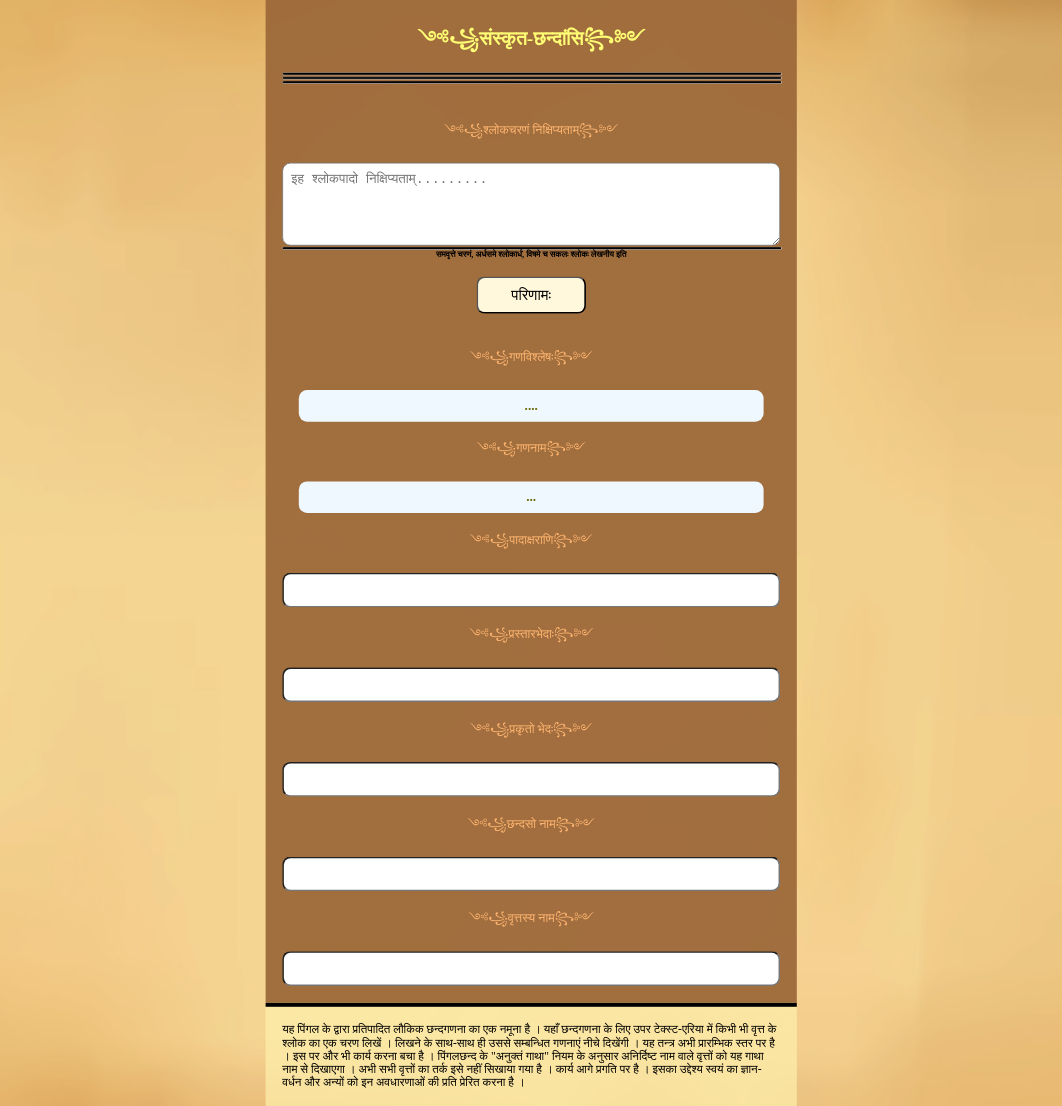
Repository: arshavak/pingala_chhand_shastram
Page: index.html
These files come from the project's save history. The page is drawn as it stood at one moment and after the next save; the edit follows.
The browser window is 1280 px wide. The pictures show the whole page, at 83% of full size.

Above is the page before, as saved 2024-10-20 17:06:23.

### index.html

<head>
<title>संस्कृत-छन्दांसि</title>
<meta name="viewport" content="width=device-width, initial-scale=1.0">

<link rel="stylesheet"  href="style.css">

</head>
<body>
<div class="contaner" id="contaner">

<h3>༺꧁संस्कृत-छन्दांसि꧂༻
</h3>
<hr><hr><hr><br>
<label for="h3">༺꧁श्लोकचरणं निक्षिप्यताम्꧂༻</label>

<textarea placeholder="इह श्लोकपादो निक्षिप्यताम्.........
" id="inp" onkeyup="lagabodhakam();"></textarea>
<hr>
<b id="note">समवृत्ते चरणं, अर्धसमे श्लोकार्धं, विषमे च सकलः श्लोकः लेखनीय इति</b>
<button id="btn" onclick="lagabodhakam()">परिणामः</button>
<label>༺꧁गणविश्लेषः꧂༻</label>
<h4 id="SI_vichched">....</h4>
<h4 id="falani"></h4>
<label>༺꧁गणनाम꧂༻</label>
<h4 id="fl">...</h4>
<label>༺꧁पादाक्षराणि꧂༻</label>
<input id="padaksharani" type="number"  readonly="" title="number"/>
<label>༺꧁प्रस्तारभेदाः꧂༻</label>
<input id="prastarabhedah" type="number" readonly="" title="number"/>
<label>༺꧁प्रकृतो भेदः꧂༻</label>
<input id="prakritobhedah" type="number" readonly="" title="number"/>
<label>༺꧁छन्दसो नाम꧂༻</label>
<input id="chhandasonama" type="text" readonly="" title="number"/>

<label>༺꧁वृत्तस्य नाम꧂༻</label>
<input id="vname" type="text" readonly="" title="number"/>
<span id="ktmtest"></span>

</div>

<div class="vivaran">

 <p>
     यह पिंगल के द्वारा प्रतिपादित लौकिक छन्दगणना का एक नमूना है ।
     यहाँ छन्दगणना के लिए उपर टेक्स्ट-एरिया में किभी भी वृत्त के  श्लोक का एक चरण लिखें । लिखने के साथ-साथ ही उससे सम्बन्धित गणनाएं नीचे  दिखेंगी । यह तन्त्र अभी प्रारम्भिक स्तर पर है । इस पर और भी कार्य करना बचा है । पिंगलछन्द के "अनुक्तं गाथा" नियम के अनुसार अनिर्दिष्ट नाम वाले वृत्तों  को यह गाथा नाम से दिखाएगा । अभी सभी वृत्तों का तर्क इसे नहीं सिखाया गया है । कार्य आगे प्रगति पर है । इसका उद्देश्य स्वयं का ज्ञान-वर्धन और अन्यों को इन अवधारणाओं की प्रति प्रेरित करना है ।

 </p>

</div>
<script src="Javascript files/main-script.js"></script>
<script src="Javascript files/vritt-script.js"></script>
<script src="Javascript files/gan-script.js"></script>
</body>

### style.css


*{
  padding: 0;
  margin: 0;

}

body {
  background-image: url("fotos/bgchh.png");
  background-position: center;
  background-repeat: no-repeat;

  background-size: cover;
  font-size: 20px;
}
label {
  margin-top: 15px;
  margin-bottom: 15px;
  display: block;
  font-size: 15px;
  color:#ffb670;
}

#note{
  font-size: 10px;
  margin-top: 0px;
  display: block;
}

textarea {
  min-width: 100%;
  resize: vertical;
  min-height: 100px;
  padding: 10px;
  border-radius: 10px;
  font-size: 16px;
}

input{
  outline: none;
  width: 100%;
  padding: 10px;
  border-radius: 10px;
  font-size: 16px;
}

#btn{
  margin: 20px;
  background-color: cornsilk;
  display: inline-block;
  padding: 10px 40px;
  border-radius: 10px;
  font-weight: 400px;
  font-size: 18px;
  cursor: pointer;
  transition: background-color 0.3s ease;
}

#btn :hover{
  background-color: #f9b93f;
}
#btn :active{
   transform: calc(.2);
}
.contaner{
  padding: 20px;
  position: relative;
  text-align: center;
  background-color: #9d693af0;
  max-width: 600px;
  margin: auto;

}
.vivaran{
  background-color: rgba(255, 241, 174, 0.686);
/* color: rgb(2, 98, 98); */
padding: 20px;
font-size: 14px;
max-width: 600px;
  margin: auto;
  border-top:5px solid #000000;
}

#falani{
  display:none
}
#ktmtest{
  font-size:0px;
}

h3{
  color:#fffd73;
}

h4 {
  color:#696700;
  margin: auto;
  word-wrap:break-word;
  font-weight:900;
  overflow-x:hidden;
  background-color: aliceblue;
  outline: none;
  width: 90%;
  padding: 10px;
  border-radius: 10px;
  font-size: 16px;
}

hr{
  background-color: #000000;
  height: 2px;
  width: 100%;
  border-radius: 20px;
  margin-top: 1px;
}

### Javascript files/gan-script.js
function gan(){
document.getElementById("fl").innerHTML="";
var x = document.getElementById("falani").innerText;
x=x.match(/.{1,3}/g);
var falam = document.getElementById("fl");
document.getElementById("SI_vichched").innerText=x;
for(var i = 0; i<x.length; i++){
if(x[i]=="ISI"){
falam.innerHTML+=`<b class="alrt" onclick="alert('कदा स ज्')">जगण</b>`;
}else
if(x[i]=="SSS"){
falam.innerHTML+= `<b class="alrt" onclick="alert('धीश्रीस्त्री म्')">मगण</b>`;
}else
if(x[i]=="ISS"){
falam.innerHTML+=`<b class="alrt" onclick="alert('वरा सा य्')">यगण</b>`;
}else

if(x[i]=="SIS"){
falam.innerHTML+=`<b class="alrt" onclick="alert('का गुहा र्')">रगण</b>`;
}else

if(x[i]=="IIS"){
falam.innerHTML+=`<b class="alrt" onclick="alert('वसुधा स्')">सगण</b>`;
}else

if(x[i]=="SSI"){
falam.innerHTML+=`<b class="alrt" onclick="alert('सा ते क्व त्')">तगण</b>`;
}else

if(x[i]=="SII"){
falam.innerHTML+=`<b class="alrt" onclick="alert('किं वद भ्')">भगण</b>`;
}else

if(x[i]=="III"){
falam.innerHTML+=`<b class="alrt" onclick="alert('न हसन्')">नगण</b>`;
}else

if(x[i]=="S"){
falam.innerHTML+=`<b class="alrt" onclick="alert('गन्ते , ध्रादिपरः , हे ')">गुरु</b>`;
}else

if(x[i]=="SS"){
falam.innerHTML+=`<b class="alrt" onclick="alert('गन्ते , ध्रादिपरः , हे ')">गुरुगुरु</b>`;
}else

if(x[i]=="SI"){
falam.innerHTML+=`<b class="alrt" onclick="alert('लघुगुरु')"> गुरुलघु</b>`;
}else

if(x[i]=="IS"){
falam.innerHTML+=`<b class="alrt" onclick="alert('लघुगुरु ')">लघुगुरु </b>`;
}else

if(x[i]=="II"){
falam.innerHTML+=`<b class="alrt" onclick="alert('लघु लघु')">लघु लघु</b>`;
}else

if(x[i]=="I"){
falam.innerHTML+=`<b class="alrt" onclick="alert('लघु')">लघु</b>`;
}else{
falam.innerHTML="......";
}}}

Loaded but not shown: Javascript files/main-script.js (no copy from this time; the picture is the same without it); Javascript files/vritt-script.js (no copy from this time; the picture is the same without it)

After the next save:
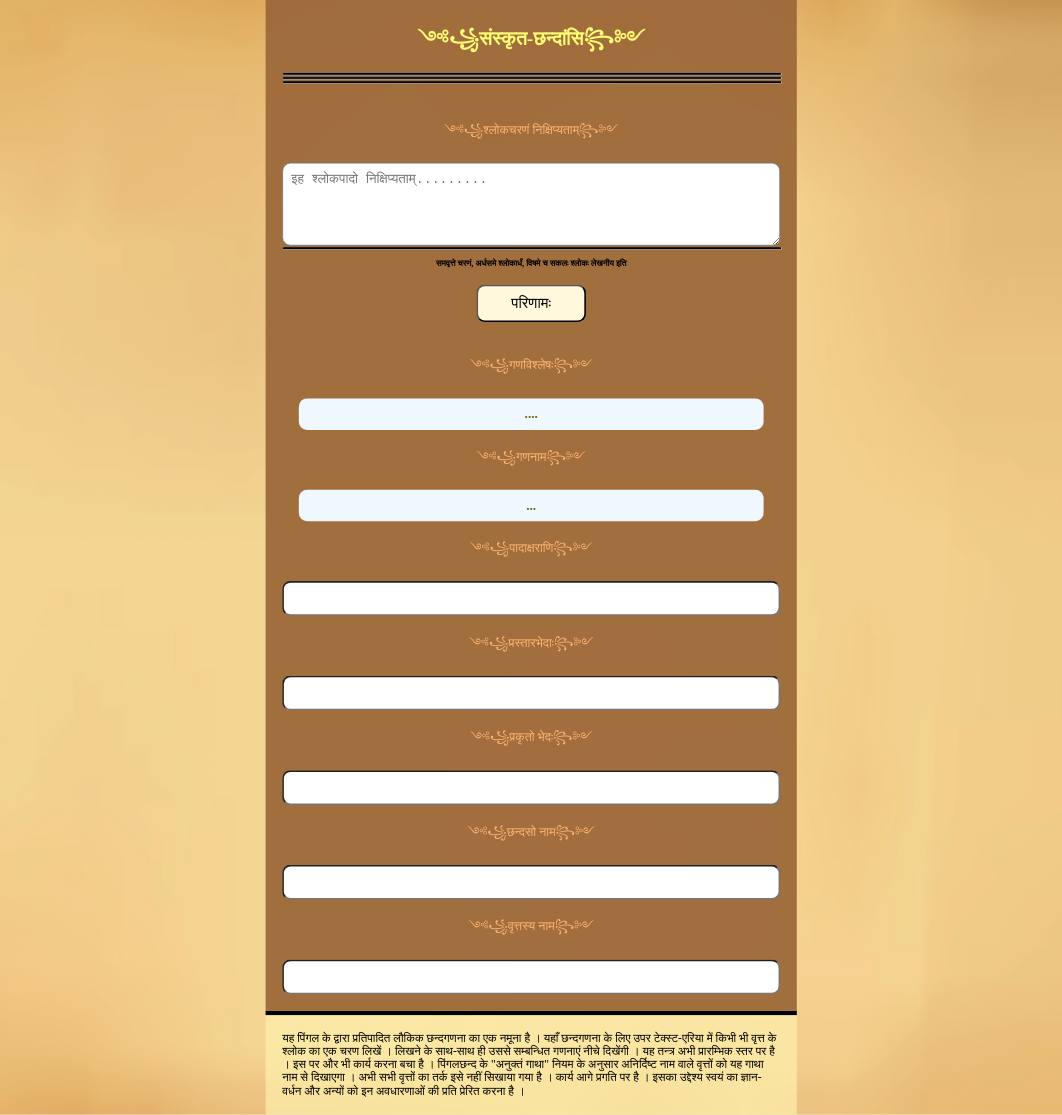
Saved 10 s later.
--- a/style.css
+++ b/style.css
@@ -24,7 +24,7 @@ label {
 
 #note{
   font-size: 10px;
-  margin-top: 0px;
+  margin-top: 10px;
   display: block;
 }
 
